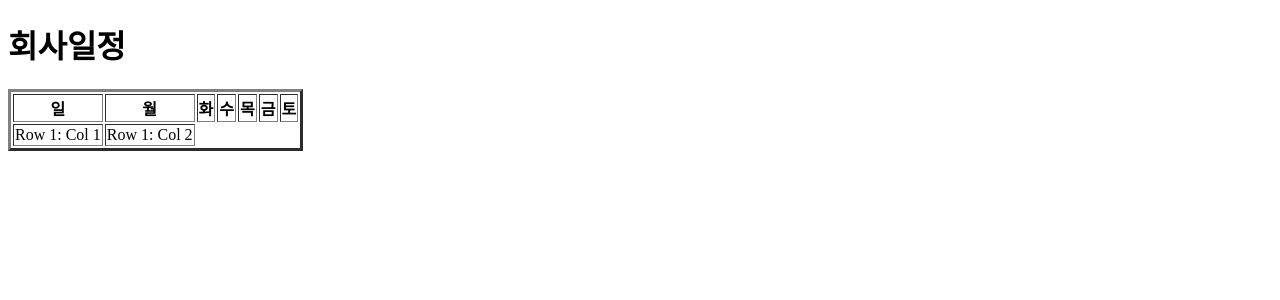
Repository: ybshim90/sesac1
Page: day_20211217_01_web/src/main/webapp/calendar.html
An editor plug-in stored every save of this project. The page is shown before and after the next save, followed by the edit.
The browser window is 1280 px wide. The pictures show the whole page.

Above is the page before, as saved 2021-12-17 01:45:45.

### day_20211217_01_web/src/main/webapp/calendar.html
<!DOCTYPE html>
<html>
<head>
	<meta charset="UTF-8">
	<title>회사일정</title>
</head>
<body>
	<h1>회사일정</h1>
	<table border="3">
	  <tr>
	    <th>일</th>
	    <th>월</th>
	    <th>화</th>
	    <th>수</th>
	    <th>목</th>
	    <th>금</th>
	    <th>토</th>
	  </tr>
	  <tr>
	    <td>Row 1: Col 1</td>
	    <td>Row 1: Col 2</td>
	  </tr>
	</table>

</body>
</html>

After the next save:
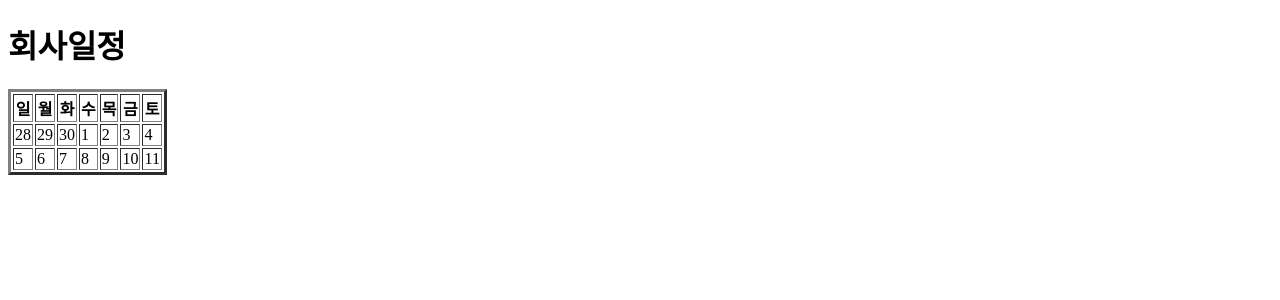
Saved 95 s later.
--- a/day_20211217_01_web/src/main/webapp/calendar.html
+++ b/day_20211217_01_web/src/main/webapp/calendar.html
@@ -17,8 +17,22 @@
 	    <th>토</th>
 	  </tr>
 	  <tr>
-	    <td>Row 1: Col 1</td>
-	    <td>Row 1: Col 2</td>
+	    <td>28</td>
+	    <td>29</td>
+	    <td>30</td>
+	    <td>1</td>
+	    <td>2</td>
+	    <td>3</td>
+	    <td>4</td>
+	  </tr>
+	  <tr>
+	    <td>5</td>
+	    <td>6</td>
+	    <td>7</td>
+	    <td>8</td>
+	    <td>9</td>
+	    <td>10</td>
+	    <td>11</td>
 	  </tr>
 	</table>
 
